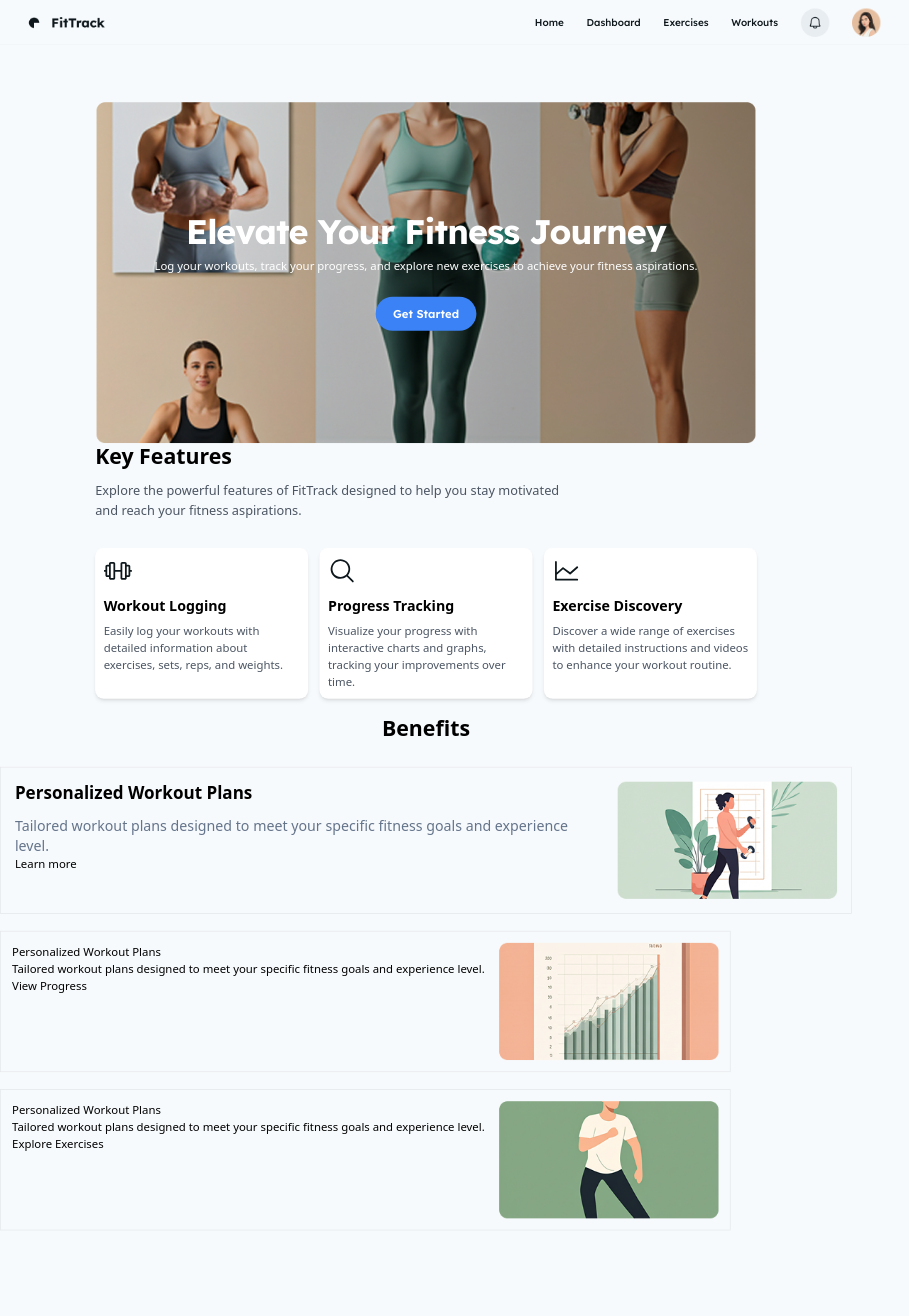
Repository: Emy-gold/fitness-tracking-platform
Page: /
The author's editor kept a copy of each file at every save. The page is drawn from the files as they stood at one save, then again after the next save.
The browser window is 1280 px wide. The pictures show the whole page, at 71% of full size.
The project was rebuilt for these pictures with package versions that can differ from the ones it lists, and the page was loaded fresh each time. Also part of the build but not shown: vite.config.js, src/Pages/Dashboard.jsx, src/Pages/Exercises.jsx, src/Pages/Workouts.jsx, src/components/Footer.jsx.

Above is the page before, as saved 2025-08-27 16:04:29.

After the next save:
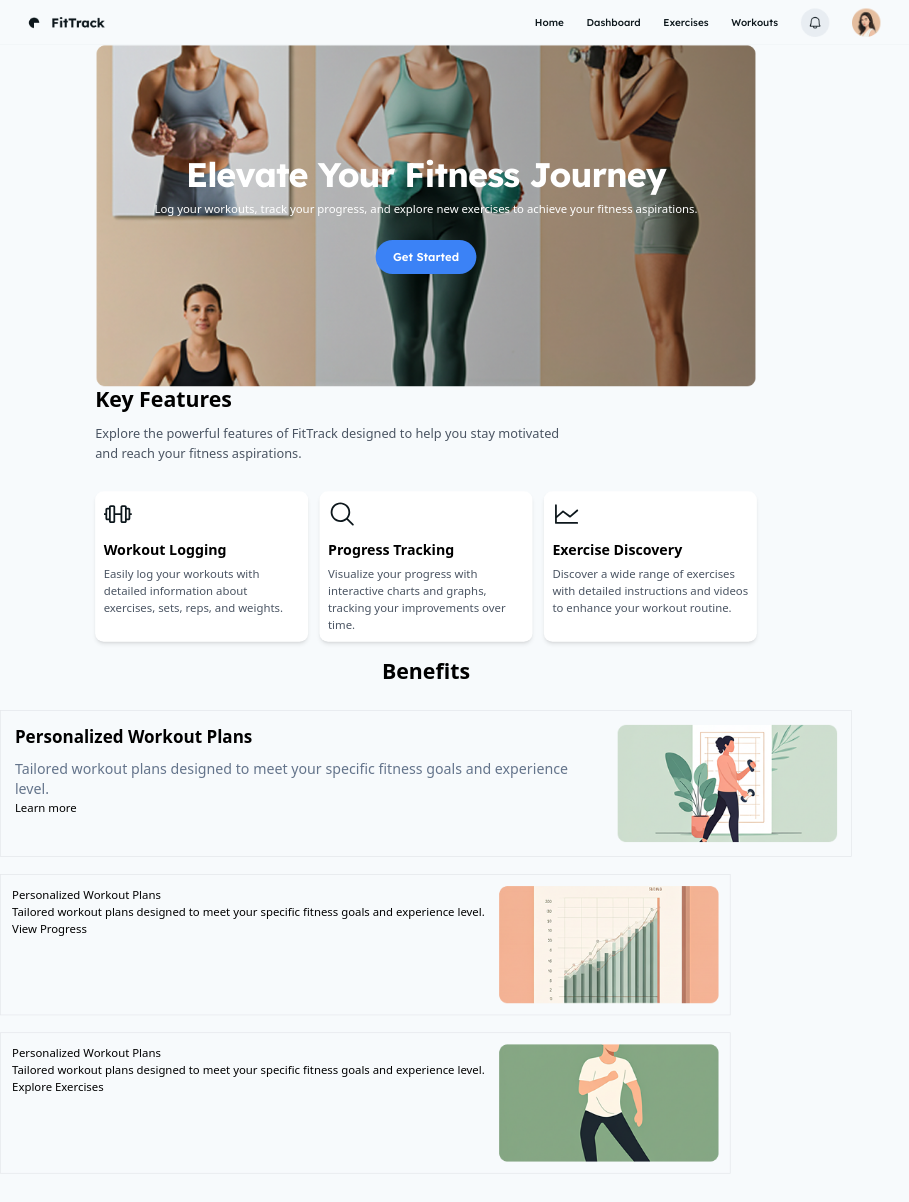
Saved 45 s later.
--- a/src/index.css
+++ b/src/index.css
@@ -7,7 +7,3 @@ body{
     margin: 0;
     background-color: #F7FAFC;
 }
-
-main{
-    padding: 80px;
-}
